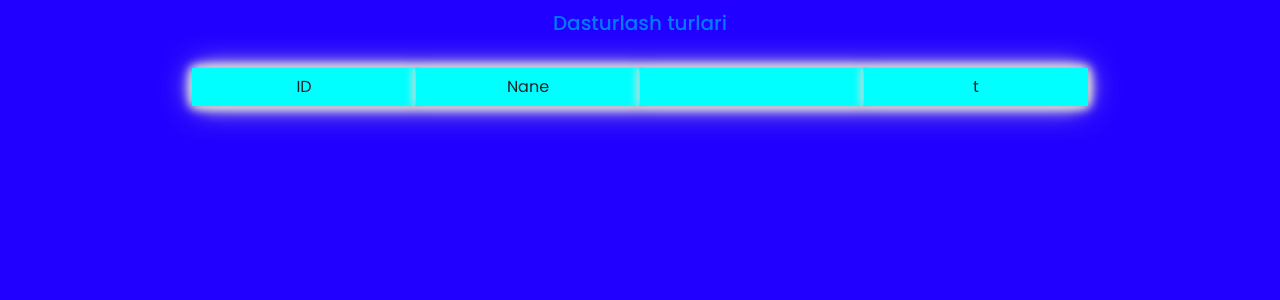
Repository: maqsudov0371/vazifa
Page: http://localhost/authenticate/register
An editor plug-in stored every save of this project. The page is shown before and after the next save, followed by the edit.
The browser window is 1280 px wide. The pictures show the whole page.
Some web fonts or font styles are not loaded; a fallback is used. The page is served by the project's application, run on Django 5.2 (manage.py).

Above is the page before, as saved 2024-07-19 10:34:14.

After the next save:
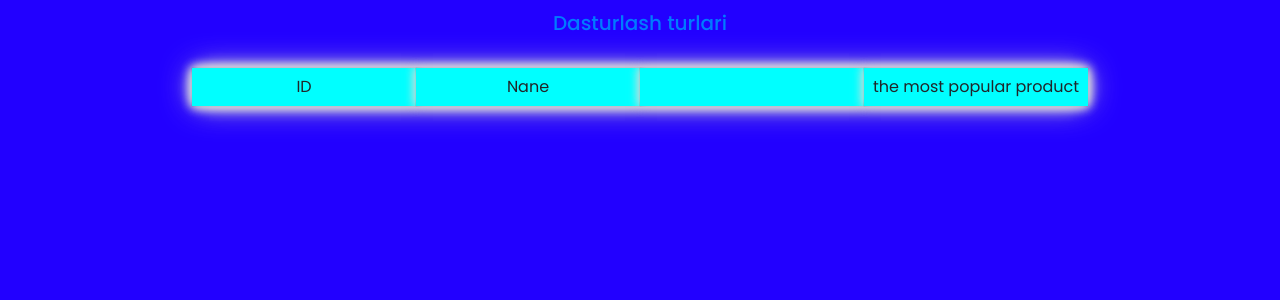
Saved 12 s later.
--- a/templates/register.html
+++ b/templates/register.html
@@ -74,7 +74,7 @@
             <td>ID</td>
             <td>Nane</td>
             <td></td>
-            <td>t</td>
+            <td>the most popular product</td>
         </tr>
     </thead>
     <tbody>
